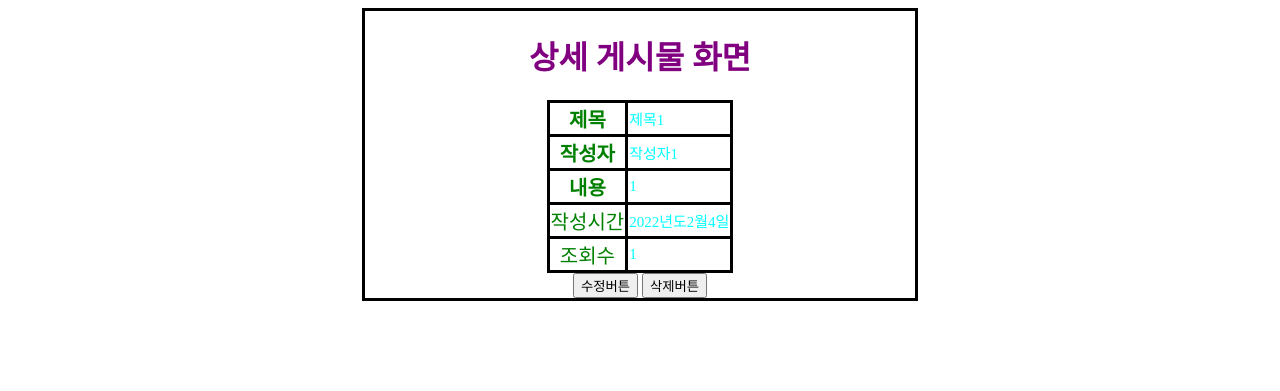
Repository: kwan9069/workspace
Page: CSS/src/main/webapp/boardcontents.html
These files come from the project's save history. The page is drawn as it stood at one moment and after the next save; the edit follows.
The browser window is 1280 px wide. The pictures show the whole page.

Above is the page before, as saved 2022-11-25 11:16:59.

### CSS/src/main/webapp/boardcontents.html
<!DOCTYPE html>
<html>
<head>
<meta charset="UTF-8">
<title>Insert title here</title>
<style>
#box {color:purple;
border:3px solid black;
width:550px;
height:100%;
margin:auto;
text-align:center;
}
table,td,th{border:3px solid black;
text-align: center;
border-collapse: collapse;
margin:auto;
text-decoration:none; }
.lefts{
color:green;
font-weight:bold;
font-size:20px;
margin: auto;}
.left{color:green;
margin: auto;
font-size:20px;
}
.right{color:aqua;
text-align:left;
font-size:15px;
}
.fix button{
    background-color: orange;
    border: 3px solid black;
display:inline-block;
width:130px;
background-color:orange
;height:70px;}

</style>
</head>
<body>
<div id='box'>
<h1>상세 게시물 화면</h1>
<table>
<tr><td class='lefts'>제목</td><td class='right'>제목1</td></tr>
<tr><td class='lefts'>작성자</td><td class='right'>작성자1</td></tr>
<tr><td class='lefts'>내용</td><td class='right'>1</td></tr>
<tr><td class='left'>작성시간</td><td class='right'>2022년도2월4일</td></tr>
<tr><td class='left'>조회수</td><td class='right'>1</td></tr>
</table>
<div class='fix'>
<input type='button' value='수정버튼'>
<input type='button' value='삭제버튼'>
</div>
</div>


</body>
</html>

After the next save:
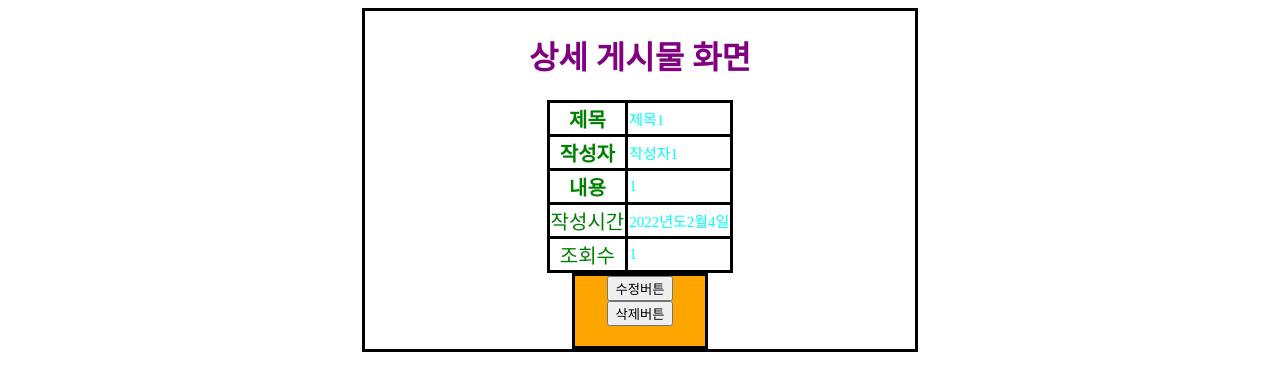
Saved 2 min 6 s later.
--- a/CSS/src/main/webapp/boardcontents.html
+++ b/CSS/src/main/webapp/boardcontents.html
@@ -29,13 +29,15 @@
 text-align:left;
 font-size:15px;
 }
-.fix button{
+.fix {
     background-color: orange;
     border: 3px solid black;
 display:inline-block;
 width:130px;
 background-color:orange
 ;height:70px;}
+.button{
+background-color: orange;}
 
 </style>
 </head>

After the save that followed:
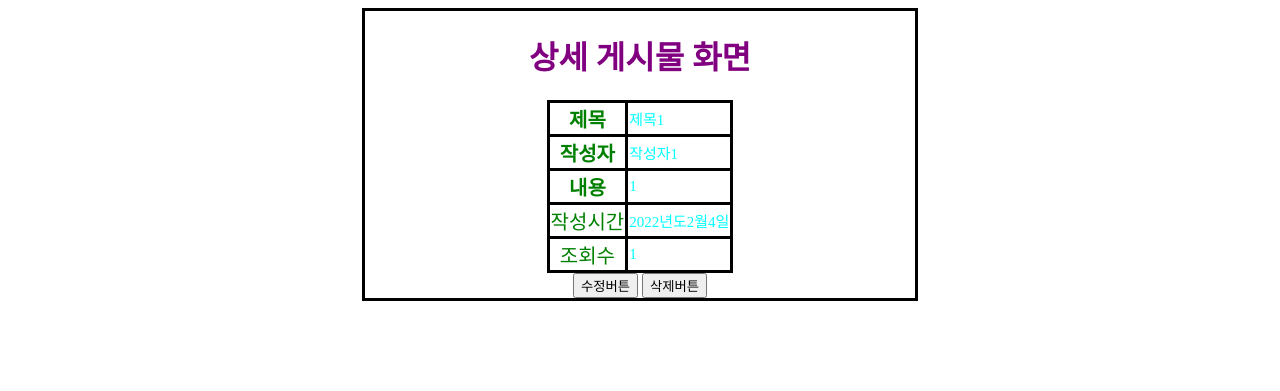
Saved 45 s later.
--- a/CSS/src/main/webapp/boardcontents.html
+++ b/CSS/src/main/webapp/boardcontents.html
@@ -29,15 +29,13 @@
 text-align:left;
 font-size:15px;
 }
-.fix {
+.fix .button{
     background-color: orange;
     border: 3px solid black;
 display:inline-block;
 width:130px;
 background-color:orange
 ;height:70px;}
-.button{
-background-color: orange;}
 
 </style>
 </head>
